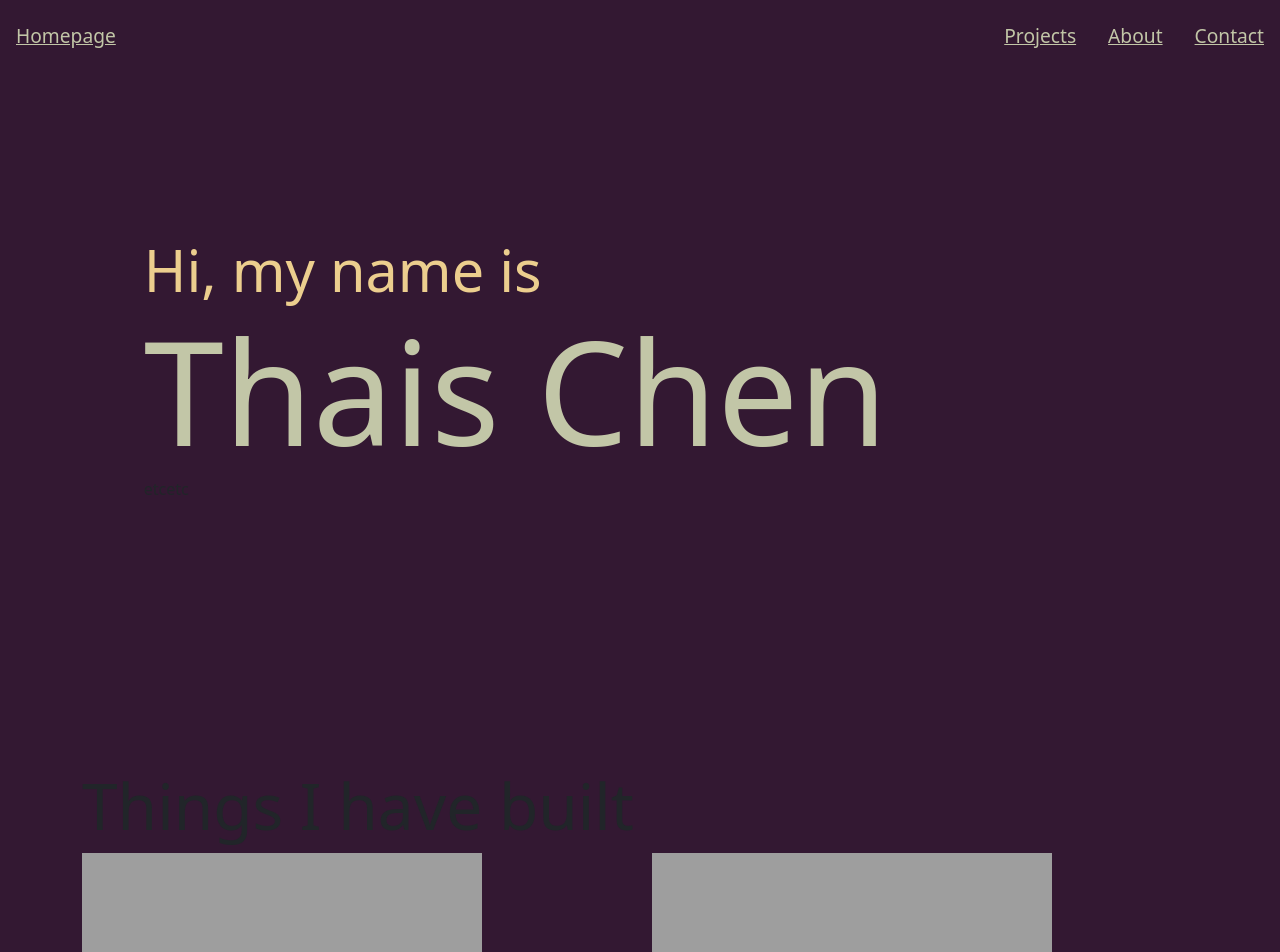
Repository: thais-chen/Portfolio
Page: index.html
The author's editor kept a copy of each file at every save. The page is drawn from the files as they stood at one save, then again after the next save.
The browser window is 1280 px wide. The pictures show the part of the page from y = 0 to 952 px (the page is 2117 px tall before and 2019 px after).
Pictures or frames that could not be fetched are drawn as grey boxes.

Above is the page before, as saved 2022-06-17 20:02:37.

After the next save:
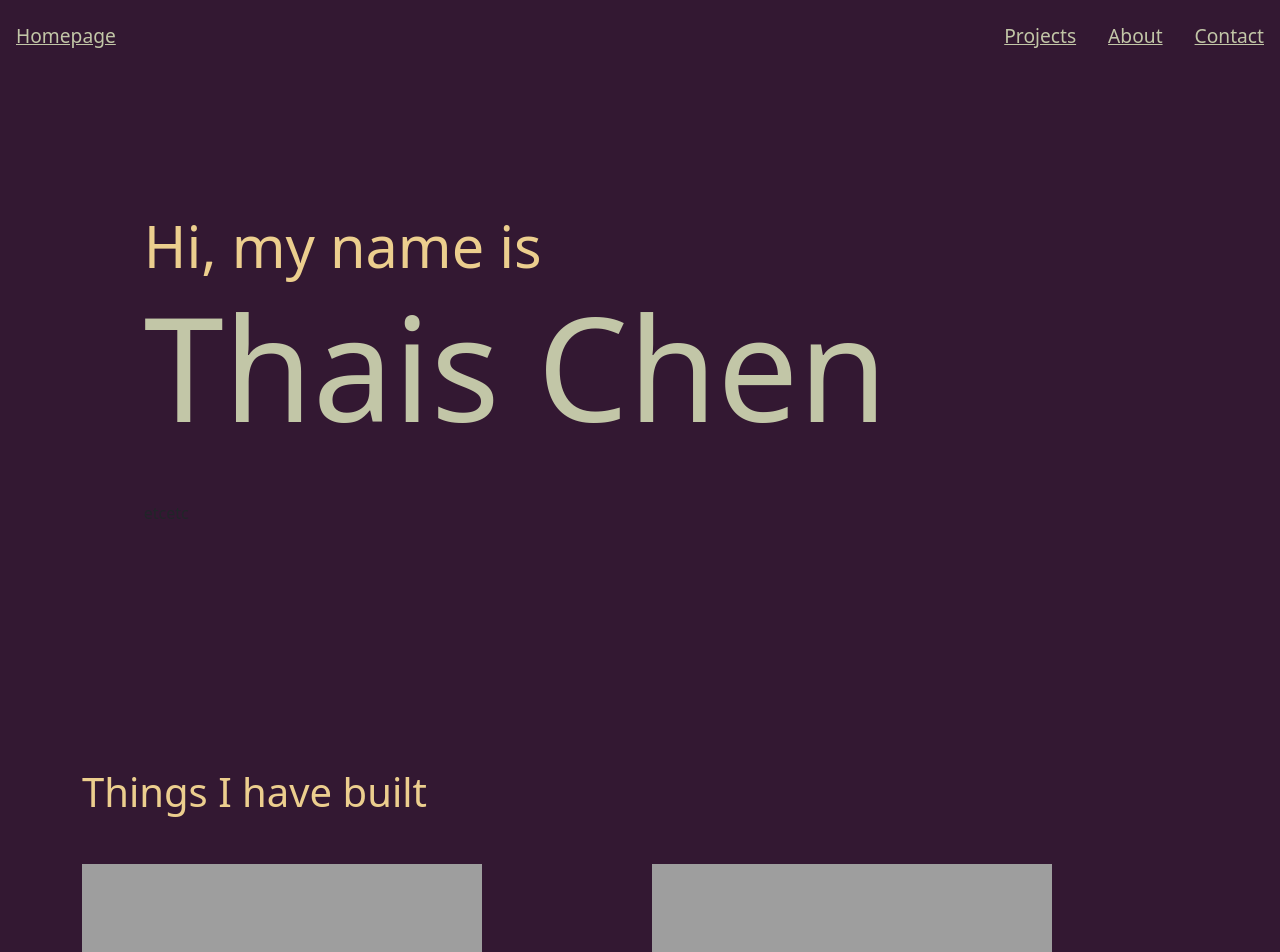
Saved 33 s later.
--- a/style.css
+++ b/style.css
@@ -16,7 +16,7 @@ main{
     margin-bottom: 0;
     font-weight: 100;
 }
-.container h3{
+.container h1{
     color: #ECCE8E;
     font-size: 2.5rem;
     margin-bottom: 0;
